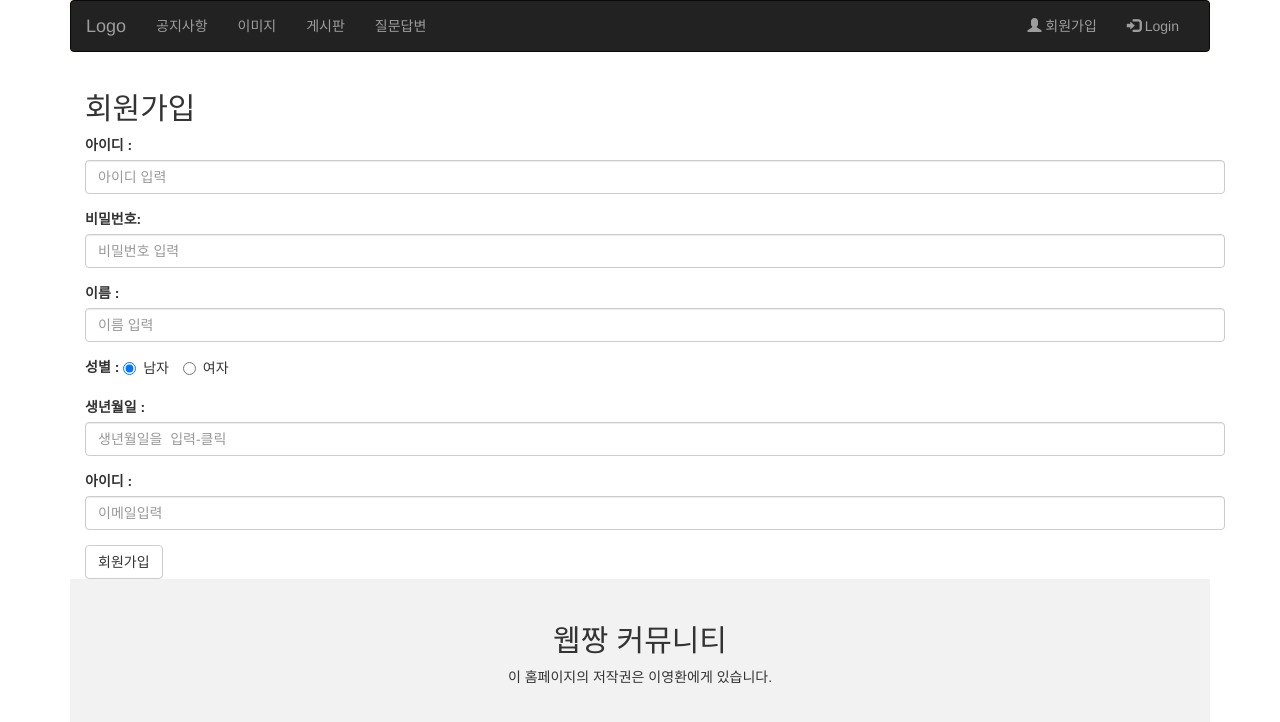
Repository: xo461/test
Page: http://localhost/webjjangcom_ver2/member/joinForm.jsp
The author's editor kept a copy of each file at every save. The page is drawn from the files as they stood at one save, then again after the next save.
The browser window is 1280 px wide. The pictures show the whole page.
Some web libraries are served in a nearby version. The page is served by Tomcat 9. Other server files are loaded and not shown. The template is opened directly, without the code that normally fills it, so the values that code supplies are empty.

Above is the page before, as saved 2019-11-13 02:47:13.

### web/webjjangcom_ver2/WebContent/WEB-INF/sitemesh.xml
<?xml version="1.0" encoding="UTF-8"?>
<!DOCTYPE XML>
<!-- 작성자 : 이영환 -->
<!-- 작성일 : 2018-11-14 -->
<!-- sitemesh 설정에 대한 정의 xml 파일 -->
<sitemesh>
	<!-- 레이아웃 꾸미기는 /WEB-INF/decorators.xml로 정의 -->
	<property name="decorators-file" value="/WEB-INF/decorators.xml" />
	<!-- 위에 property로 정의된 xml를 포함 시킨다. -->
	<excludes file="${decorators-file}" />

	<!-- HTML 분해 객체 선택 : title, head, body-->
	<page-parsers>
		<parser content-type="text/html"
			class="com.opensymphony.module.sitemesh.parser.HTMLPageParser" />
	</page-parsers>

	<!-- HTML 조립기 -->
	<decorator-mappers>
		<mapper

			class="com.opensymphony.module.sitemesh.mapper.ConfigDecoratorMapper">
			<param name="config" value="${decorators-file}" />
		</mapper>
	</decorator-mappers>
</sitemesh>

### web/webjjangcom_ver2/WebContent/WEB-INF/decorators.xml
<?xml version="1.0" encoding="UTF-8"?>
<!DOCTYPE XML>
<!-- 작성자 : 이영환 -->
<!-- 작성일 : 2018-11-14 -->
<!-- 꾸미기(레이아웃)에 대한 선언 -->
<decorators defaultdir="/WEB-INF/views/decorator">
	<!-- hello에 대한 요청이 들어오면 적용시키는 레이아웃 선언 -->
	<decorator name="main" page="default_decorator.jsp">
		<!-- url 패턴 중에서 적용이 안되는(패턴의 충돌) 패턴이 있으면 *를 제거하고 적용하세요. -->
<!-- 		<pattern>/</pattern> -->
		<pattern>/main</pattern>
		<pattern>/notice/*</pattern>
		<pattern>/board/*</pattern>
		<pattern>/member/*</pattern>
		<pattern>/qna/*</pattern>
		<pattern>/image/*</pattern>
	</decorator>

	<!-- 관리자의 대한 요청 레이아웃 선언 -->
<!-- 	<decorator name="admin" page="admin_decorator.jsp"> -->
<!-- 		<pattern>/admin/*</pattern> -->
<!-- 	</decorator> -->

	<!-- 데코레이션에서 제외되는 요청을 선언 -->

</decorators>

### web/webjjangcom_ver2/WebContent/member/joinForm.jsp
<%@ page language="java" contentType="text/html; charset=UTF-8"
    pageEncoding="UTF-8"%>
<!DOCTYPE html>
<html>
<head>
<meta charset="UTF-8">
<title>회원가입</title>
<!-- bootstrap 라이브러리 등록 :CDN 방식 -->
  <meta name="viewport" content="width=device-width, initial-scale=1">
  <link rel="stylesheet" href="https://maxcdn.bootstrapcdn.com/bootstrap/3.4.0/css/bootstrap.min.css">
  <link rel="stylesheet" href="//code.jquery.com/ui/1.12.1/themes/base/jquery-ui.css">
  <script src="https://ajax.googleapis.com/ajax/libs/jquery/3.4.1/jquery.min.js"></script>
  <script src="https://maxcdn.bootstrapcdn.com/bootstrap/3.4.0/js/bootstrap.min.js"></script>
  <script src="https://code.jquery.com/ui/1.12.1/jquery-ui.js"></script>

<script>
  $( function() {
    $( "#birth" ).datepicker();
    $( "#birth" ).datepicker( "option", "dateFormat", "yy-mm-dd");
  } );
  </script>
</head>
<body>
<div class="container">

<!-- hearder -> h1 : 첫번째 나오는 제목 -->
	<h2>회원가입</h2>
	<form action="join.jsp" method="post">

<!--     아이디 입력 -->
    <div class="form-group">
      <label for="id">아이디 :</label>
<!--  아이디 입력 - 4자 이상 20자 이내 , 영문자와 숫자만 가능, 맨 앞자리는 영문자, 필수입력 -->
<!-- maxlength : 최대 입력 글자수, pattern : 입력 글자의 형식,
title : 마우스를 올려 놨을때 메시지, 또는 형식에 안맞을 때 사용하는 메세지  -->
      <input type="text" class="form-control" id="id"
      placeholder="아이디 입력" name="id"
      maxlength="20" required="required"
	  pattern="^[A-Za-z][A-Za-z0-9]{3,19}$"
	  title="4-20자 영숫자, 맨 앞자는 영문자"/>
    </div>

<!--     비밀번호 입력 -->
    <div class="form-group">
      <label for="pw">비밀번호:</label>
      <input type="password" class="form-control" id="pw"
      		 maxlength="20" required="required"
			 pattern="^.{4,20}$" title="4-20이내의 글자 입력"
			 placeholder="비밀번호 입력"
      		 name="pw"/>
    </div>

<!--     이름입력 -->
    <div class="form-group">
      <label for="name">이름 :</label>
<!--  아이디 입력 - 2자 이상 10자 이내 , 한글만 가능, 필수입력 -->
<!-- maxlength : 최대 입력 글자수, pattern : 입력 글자의 형식,
title : 마우스를 올려 놨을때 메시지, 또는 형식에 안맞을 때 사용하는 메세지  -->
      <input type="text" class="form-control" id="name"
      placeholder="이름 입력" name="name"
      maxlength="10" required="required"
	  pattern="^[가-힣]{2,10}$"
	  title="2-10자 한글"/>
    </div>

<!--     성별 입력 -->
    <div class="form-group">
        <label for="namd">성별 :</label>
    	<label class="radio-inline">
    		<input type="radio" name="gender" checked
    			value = "남자" >남자
    	</label>
    	<label class="radio-inline">
    		<input type="radio" name="gender"
    			value = "여자" >여자
    	</label>
    </div>

<!--     생년월일 입력 -->
    <div class="form-group">
      <label for="birth">생년월일 :</label>
<!-- maxlength : 최대 입력 글자수, pattern : yyyy-mm-dd,
title : 마우스를 올려 놨을때 메시지, 또는 형식에 안맞을 때 사용하는 메세지  -->
      <input type="text" class="form-control" id="birth"
      placeholder="생년월일을  입력-클릭" name="birth"
      maxlength="10" required="required"
	  pattern="^[0-9]{4}-[0-9]{1,2}-[0-9]{1,2}$"
	  />
    </div>

<!--     이메일 입력 -->
	  <div class="form-group">
      <label for="id">아이디 :</label>
<!--  아이디 입력 - 4자 이상 20자 이내 , 영문자와 숫자만 가능, 맨 앞자리는 영문자, 필수입력 -->
<!-- maxlength : 최대 입력 글자수, pattern : 입력 글자의 형식,
title : 마우스를 올려 놨을때 메시지, 또는 형식에 안맞을 때 사용하는 메세지
type="email" 작성하면 에 이메일 형식에 맞는지도 검사한다.   -->

      <input type="text" class="form-control" id="email"
      placeholder="이메일입력" name="email"
      maxlength="50" required="required"
	  pattern="/^[_0-9a-zA-Z-]+(\.[_0-9a-zA-Z-]+)*@[0-9a-zA-Z-]+(\.[0-9a-zA-Z-]+)*$/ "
	  title="이메일 형식 - 예 : leej1@nate.com"/>
    </div>

    <button type="submit" class="btn btn-default">회원가입</button>
</form>
</div>
</body>
</html>

### web/webjjangcom_ver2/WebContent/WEB-INF/views/decorator/default_decorator.jsp
<!-- sitemesh 사용을 위한 설정 파일 -->
<!-- 작성자 : 이영환 -->
<!-- 작성일 : 2018-11-14 -->

<%@ page language="java" contentType="text/html; charset=UTF-8"
	pageEncoding="UTF-8"%>
<%@taglib prefix="decorator"
	uri="http://www.opensymphony.com/sitemesh/decorator"%>
<%@taglib prefix="c" uri="http://java.sun.com/jsp/jstl/core"%>
<!DOCTYPE html>
<html>

<head>
<meta http-equiv="Content-Type" content="text/html; charset=UTF-8">

<!-- title을 개별 jsp에 있는 title로 적용한다. -->
<title>웹짱::<decorator:title /></title>

<!-- jQuery, BootStrap 웹 라이브러리를 등록 했으므로 url 적용되는 개별 jsp에 등록 금지 -->
<meta name="viewport" content="width=device-width, initial-scale=1">

<link rel="stylesheet"
	href="https://maxcdn.bootstrapcdn.com/bootstrap/3.3.7/css/bootstrap.min.css">
<!-- 구글 아이콘 라이브러리 등록 : CSS -->
<link href="https://fonts.googleapis.com/icon?family=Material+Icons" rel="stylesheet">
<script
	src="https://ajax.googleapis.com/ajax/libs/jquery/3.1.1/jquery.min.js"></script>
<script
	src="https://maxcdn.bootstrapcdn.com/bootstrap/3.3.7/js/bootstrap.min.js"></script>

<style type="text/css">
header, footer {
	background: AntiqueWhite;
}

pre {
	background: white;
	border: 0px;
}

/* Remove the navbar's default margin-bottom and rounded borders */
.navbar {
	margin-bottom: 0;
	border-radius: 0;
}

/* Add a gray background color and some padding to the footer */
footer {
	background-color: #f2f2f2;
	padding: 25px;
}

.carousel-inner img {
	width: 100%; /* Set width to 100% */
	margin: auto;
	min-height: 200px;
}

/* Hide the carousel text when the screen is less than 600 pixels wide */
@media ( max-width : 600px) {
	.carousel-caption {
		display: none;
	}
}

article {
	min-height: 460px;
}

#welcome {
	color: grey;
	margin: 0 auto;
}
</style>
<!-- <script type="text/javascript" src="../js/jquery.js"></script> -->
<script type="text/javascript">
	$(document).ready(function() {
	});
</script>
<!-- 개별 jsp의 head 태그안에 있는 css, js를 넣어준다. -->
<decorator:head/>
</head>
<body>
	<div class="container">
<!-- 	메뉴나 로고 등  -->
	<header>
		<nav class="navbar navbar-inverse">
			<div class="container-fluid">

				<!-- 회사 로고 부분 -->
				<div class="navbar-header">
					<button type="button" class="navbar-toggle" data-toggle="collapse"
						data-target="#myNavbar">
						<span class="icon-bar"></span> <span class="icon-bar"></span> <span
							class="icon-bar"></span>
					</button>
					<a class="navbar-brand" href="${absUri }">Logo</a>
				</div>

				<!-- 모듈 메뉴 -->
				<div class="collapse navbar-collapse" id="myNavbar">
					<ul class="nav navbar-nav">
						<li><a href="/notice/list.jsp">공지사항</a></li>
						<li><a href="/image/list.jsp">이미지</a></li>
						<li><a href="/board/list.jsp">게시판</a></li>
						<li><a href="/qna/list.jsp">질문답변</a></li>
						<!-- 회원관리는 관리자 권한으로 로그인하면 보인다. -->
						<c:if test="${!empty login }">

				<!-- 관리자 메뉴  -->
							<c:if test="${login.grade==9 }">
								<li><a href="/member/list.jsp">회원관리</a></li>
							</c:if>
						</c:if>
					</ul>


					<!-- 오른쪽에 위치하는 메뉴바 -->
					<ul class="nav navbar-nav navbar-right">

						<!-- 로그인을 안한 경우의 메뉴 -->
						<c:if test="${empty login }">
							<li><a href="/member/joinForm.jsp"><span
									class="glyphicon glyphicon-user"></span> 회원가입</a></li>
							<li><a href="/member/loginForm.jsp"><span
									class="glyphicon glyphicon-log-in"></span> Login</a></li>
						</c:if>

						<!-- 로그인은 한 경우의 메뉴 -->
						<c:if test="${!empty login }">
							<li id="welcome"><a href="#">${login.name}[${login.gradeName }]</a></li>
							<li><a href="/member/view.do"> 내 정보 보기</a></li>
							<li><a href="/member/logout.do"><span
									class="glyphicon glyphicon-log-in"></span> Logout</a></li>
						</c:if>
					</ul>
				</div>
			</div>
		</nav>
	</header>
	<article>
		<decorator:body />
	</article>
	<footer class="container-fluid text-center">
		<h2>웹짱 커뮤니티 </h2>
		<p>이 홈페이지의 저작권은 이영환에게 있습니다.</p>
	</footer>
	</div>
</body>
</html>

After the next save:
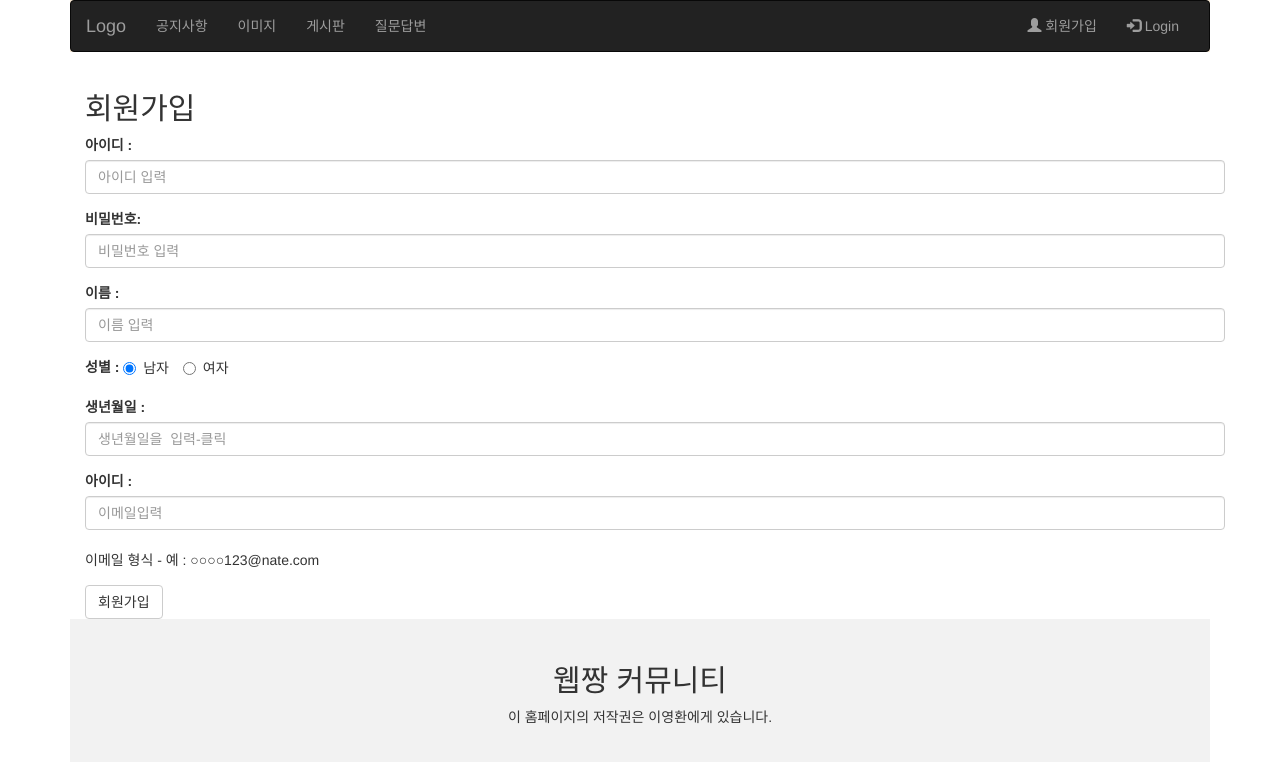
Saved 100 s later.
--- a/web/webjjangcom_ver2/WebContent/member/joinForm.jsp
+++ b/web/webjjangcom_ver2/WebContent/member/joinForm.jsp
@@ -100,7 +100,9 @@ type="email" 작성하면 에 이메일 형식에 맞는지도 검사한다.   -
       placeholder="이메일입력" name="email"
       maxlength="50" required="required"
 	  pattern="/^[_0-9a-zA-Z-]+(\.[_0-9a-zA-Z-]+)*@[0-9a-zA-Z-]+(\.[0-9a-zA-Z-]+)*$/ "
-	  title="이메일 형식 - 예 : leej1@nate.com"/>
+	  title="이메일 형식 - 예 : ○○○○123@nate.com"
+	  /><br/>
+	  이메일 형식 - 예 : ○○○○123@nate.com
     </div>
 
     <button type="submit" class="btn btn-default">회원가입</button>
